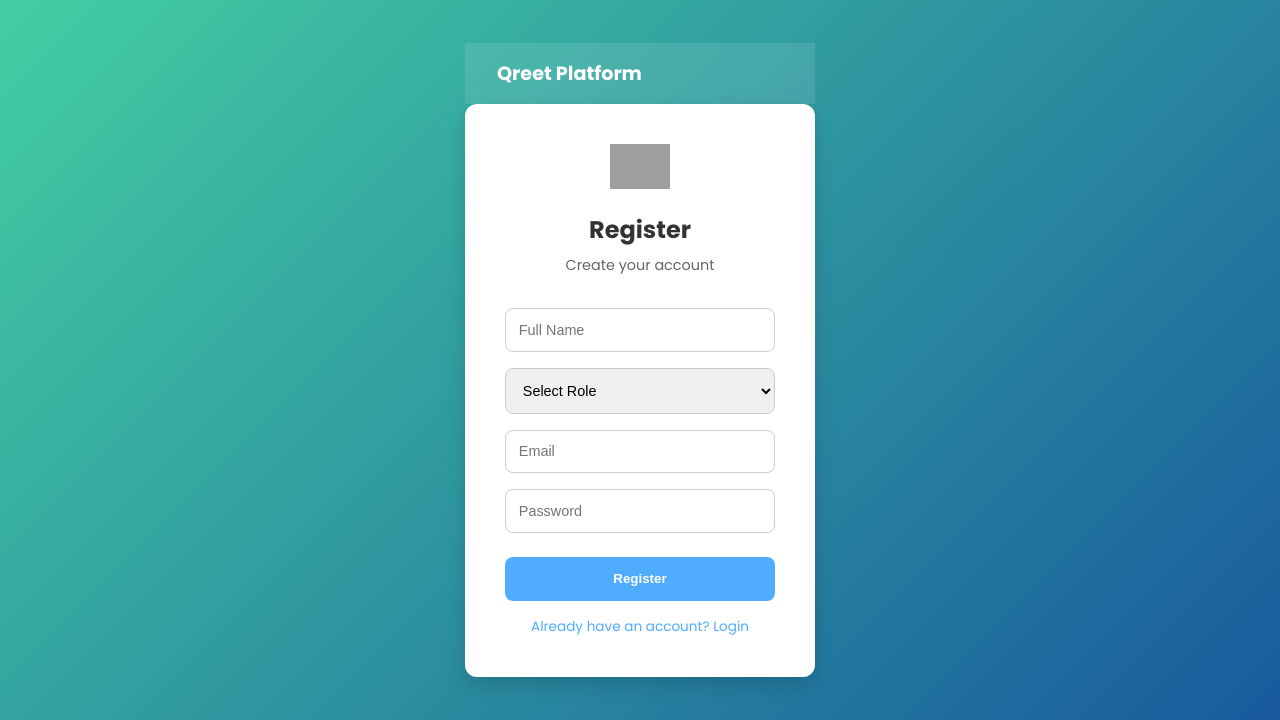
Repository: Ndegwa2/Soluschool
Page: /auth/register (app in frontend/)
The author's editor kept a copy of each file at every save. The page is drawn from the files as they stood at one save, then again after the next save.
The browser window is 1280 px wide. The pictures show the whole page.
Pictures or frames that could not be fetched are drawn as grey boxes. The project was rebuilt for these pictures with package versions that can differ from the ones it lists, and the page was loaded fresh each time. The framework's server and built-in components were replaced by stand-ins that run in the browser. Also part of the build but not shown: frontend/next.config.mjs. Imported but missing from the stored project, and not drawn on this page: frontend/lib/config.

Above is the page before, as saved 2025-10-04 22:47:24.

After the next save:
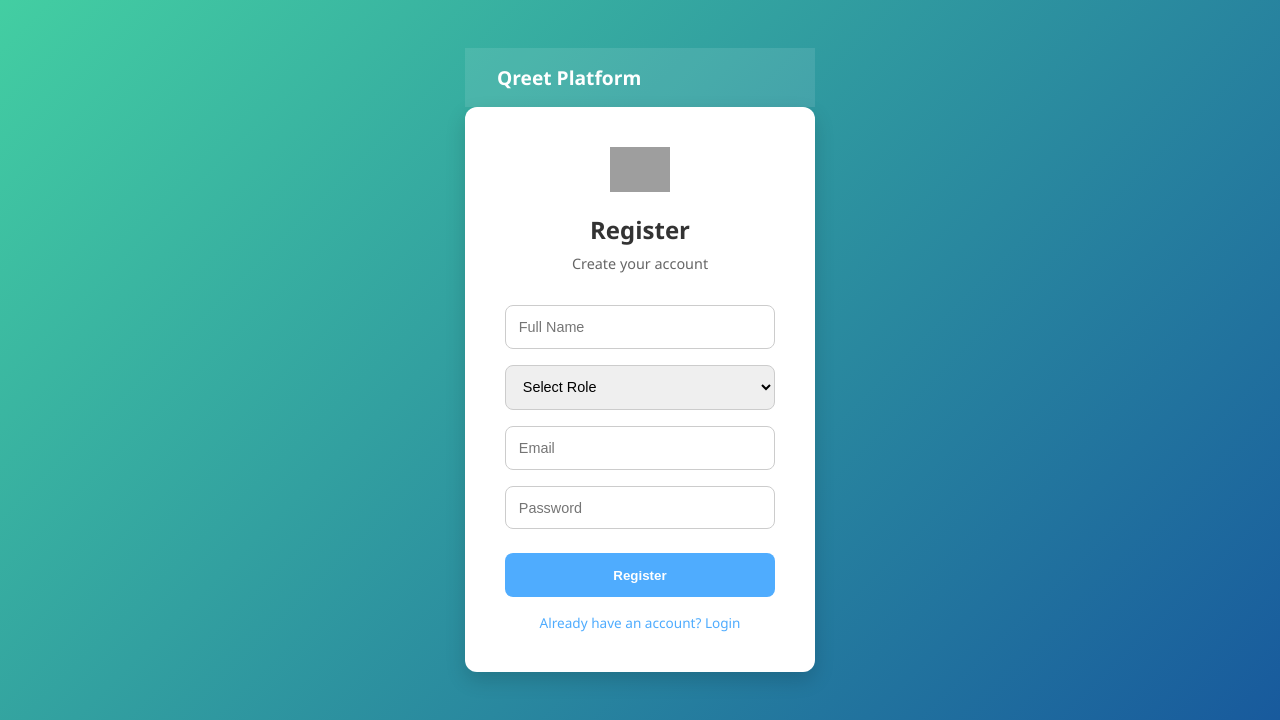
Saved 10 s later.
--- a/frontend/styles/globals.css
+++ b/frontend/styles/globals.css
@@ -133,7 +133,7 @@ code {
 
 /* Dashboard styles */
 body {
-  font-family: 'Poppins', sans-serif;
+  font-family: 'Segoe UI', Tahoma, Geneva, Verdana, sans-serif;
   background: linear-gradient(135deg, #43cea2, #185a9d);
   margin: 0;
   padding: 0;
